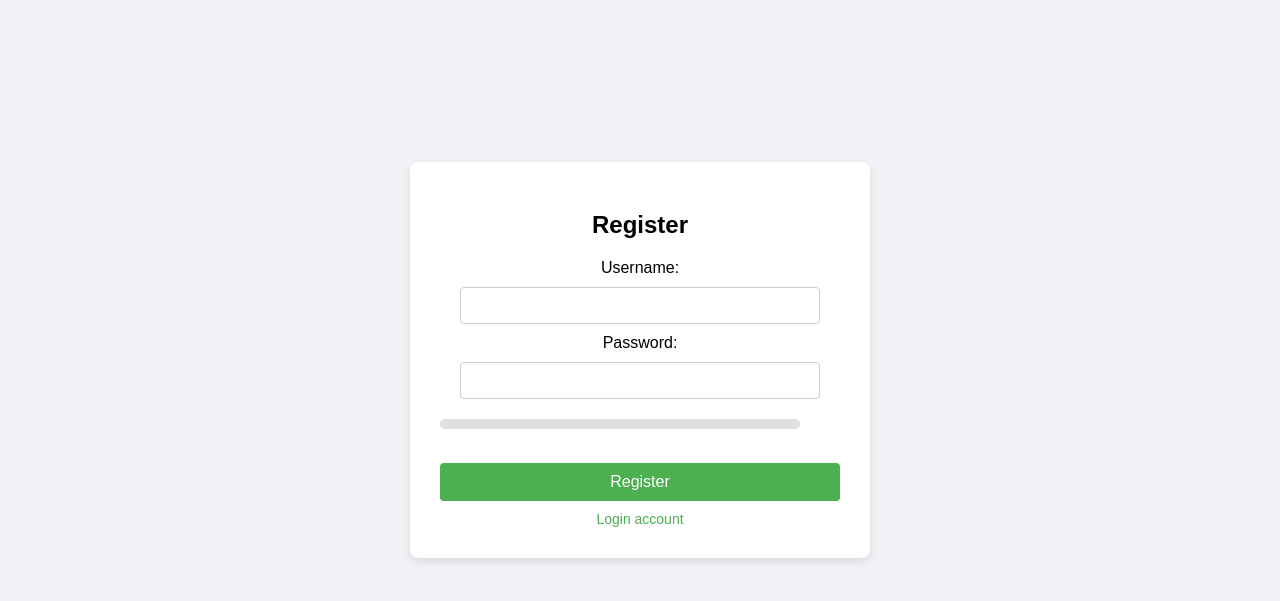
Repository: wolvicjohn/argon2
Page: http://localhost/register.php
An editor plug-in stored every save of this project. The page is shown before and after a run of saves, followed by the edit.
The browser window is 1280 px wide. The pictures show the whole page.
The page is run by PHP 8.4 with error messages shown; the project is at /var/www/html/.

Above is the page before, as saved 2024-10-18 02:07:13.

### register.php
<?php
// Database connection
$host = 'localhost';
$db = 'argon2_auth';
$user = 'root';  // or your DB username
$pass = '';      // or your DB password

$dsn = "mysql:host=$host;dbname=$db;charset=utf8mb4";
$options = [
    PDO::ATTR_ERRMODE => PDO::ERRMODE_EXCEPTION,
    PDO::ATTR_DEFAULT_FETCH_MODE => PDO::FETCH_ASSOC,
];

try {
    $pdo = new PDO($dsn, $user, $pass, $options);
} catch (PDOException $e) {
    die("Database connection failed: " . $e->getMessage());
}

if ($_SERVER['REQUEST_METHOD'] === 'POST') {
    $username = $_POST['username'];
    $password = $_POST['password'];

    // Check if the username is already taken
    $stmt = $pdo->prepare('SELECT id FROM users WHERE username = ?');
    $stmt->execute([$username]);
    if ($stmt->fetch()) {
        die('Username is already taken');
    }

    // Hash the password using Argon2
    $passwordHash = password_hash($password, PASSWORD_ARGON2ID);

    // Insert the new user into the database
    $stmt = $pdo->prepare('INSERT INTO users (username, password_hash) VALUES (?, ?)');
    $stmt->execute([$username, $passwordHash]);

    echo "User registered successfully!";
}
?>

<!DOCTYPE html>
<html lang="en">

<head>
    <meta charset="UTF-8">
    <title>Register</title>
    <link rel="stylesheet" href="styles.css">
</head>

<body>
    <div class="container">
        <h2>Register</h2>
        <form action="register.php" method="POST">
            <label for="username">Username:</label><br>
            <input type="text" name="username" id="username" required><br>

            <label for="password">Password:</label><br>
            <input type="password" name="password" id="password" required><br>

            <div class="password-strength">
                <div class="strength-bar" id="strength-bar"></div>
            </div>
            <p id="strength-text"></p><br>

            <button type="submit">Register</button>
            <a href="login.php" class="button">Login account</a>
        </form>
    </div>

    <script>
        const passwordInput = document.getElementById('password');
        const strengthBar = document.getElementById('strength-bar');
        const strengthText = document.getElementById('strength-text');

        passwordInput.addEventListener('input', () => {
            const strength = calculateStrength(passwordInput.value);
            updateStrengthMeter(strength);
        });

        function calculateStrength(password) {
            let strength = 0;

            if (password.length >= 8) strength++;
            if (/[A-Z]/.test(password)) strength++;
            if (/[a-z]/.test(password)) strength++;
            if (/[0-9]/.test(password)) strength++;
            if (/[^A-Za-z0-9]/.test(password)) strength++;

            return strength;
        }

        function updateStrengthMeter(strength) {
            strengthBar.className = '';

            if (strength <= 1) {
                strengthBar.style.width = '20%';
                strengthBar.classList.add('strength-weak');
                strengthText.textContent = 'Weak';
            } else if (strength <= 3) {
                strengthBar.style.width = '60%';
                strengthBar.classList.add('strength-medium');
                strengthText.textContent = 'Medium';
            } else {
                strengthBar.style.width = '100%';
                strengthBar.classList.add('strength-strong');
                strengthText.textContent = 'Strong';
            }
        }
    </script>
</body>

</html>

### styles.css
body {
    font-family: 'Arial', sans-serif;
    background-color: #f0f2f5;
    margin: 0;
    padding: 0;
    display: flex;
    justify-content: center;
    align-items: center;
    height: 100vh;
}

.container {
    background-color: white;
    padding: 30px;
    border-radius: 8px;
    box-shadow: 0 4px 8px rgba(0, 0, 0, 0.1);
    width: 400px;
    text-align: center;
}

h2 {
    margin-bottom: 20px;
}

input {
    margin: 10px 0;
    padding: 10px;
    width: 90%;
    border: 1px solid #ccc;
    border-radius: 4px;
    box-sizing: border-box;
}

button {
    width: 100%;
    padding: 10px;
    background-color: #4CAF50;
    color: white;
    border: none;
    border-radius: 4px;
    cursor: pointer;
    font-size: 16px;
}

button:hover {
    background-color: #45a049;
}

a.button {
    display: inline-block;
    margin-top: 10px;
    text-decoration: none;
    color: #4CAF50;
    font-size: 14px;
}

a.button:hover {
    text-decoration: underline;
}

/* Password Strength Meter */
.password-strength {
    margin-top: 10px;
    height: 10px;
    width: 90%;
    background-color: #e0e0e0;
    border-radius: 5px;
    overflow: hidden;
}

.strength-bar {
    height: 100%;
    width: 0;
    transition: width 0.3s;
}

.strength-weak {
    background-color: red;
}

.strength-medium {
    background-color: orange;
}

.strength-strong {
    background-color: green;
}

After the next 3 saves:
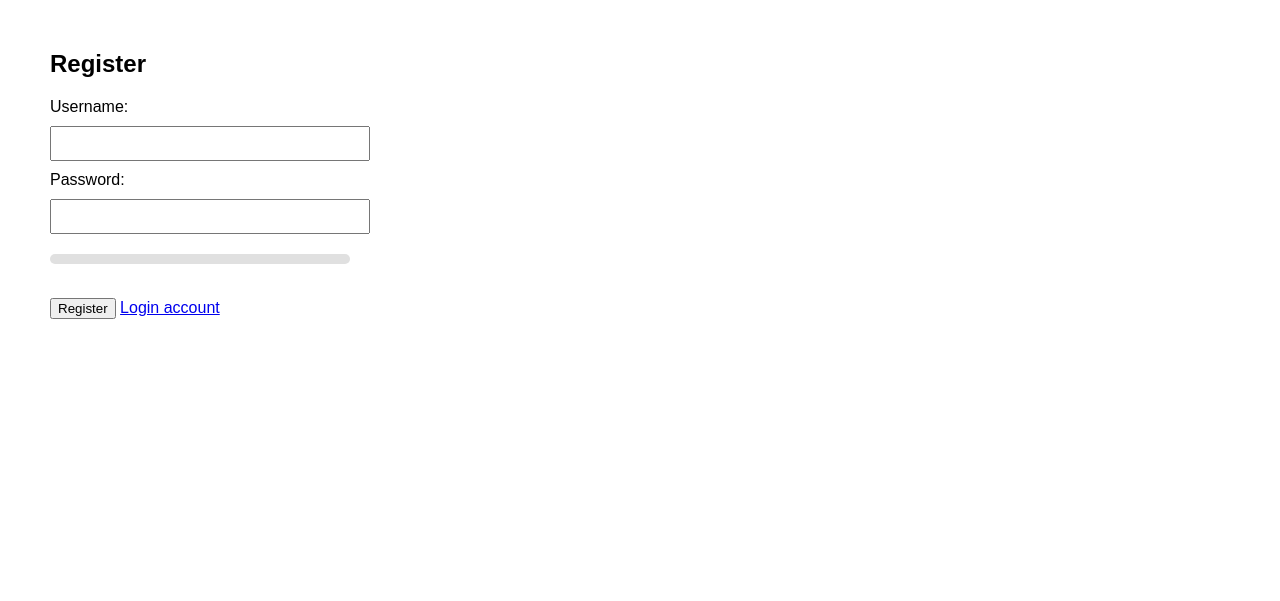
The 3 saves are shown as one change because they came seconds apart.
The last was saved 56 s later.
--- a/register.php
+++ b/register.php
@@ -45,28 +45,60 @@ if ($_SERVER['REQUEST_METHOD'] === 'POST') {
 <head>
     <meta charset="UTF-8">
     <title>Register</title>
-    <link rel="stylesheet" href="styles.css">
+    <style>
+        /* Basic styling */
+        body {
+            font-family: Arial, sans-serif;
+            margin: 50px;
+        }
+        input {
+            margin: 10px 0;
+            padding: 8px;
+            width: 300px;
+        }
+        .password-strength {
+            margin-top: 10px;
+            height: 10px;
+            width: 300px;
+            background-color: #e0e0e0;
+            border-radius: 5px;
+            overflow: hidden;
+        }
+        .strength-bar {
+            height: 100%;
+            width: 0;
+            transition: width 0.3s;
+        }
+        .strength-weak {
+            background-color: red;
+        }
+        .strength-medium {
+            background-color: orange;
+        }
+        .strength-strong {
+            background-color: green;
+        }
+    </style>
 </head>
 
 <body>
-    <div class="container">
-        <h2>Register</h2>
-        <form action="register.php" method="POST">
-            <label for="username">Username:</label><br>
-            <input type="text" name="username" id="username" required><br>
+    <h2>Register</h2>
+    <form action="register.php" method="POST">
+        <label for="username">Username:</label><br>
+        <input type="text" name="username" id="username" required><br>
 
-            <label for="password">Password:</label><br>
-            <input type="password" name="password" id="password" required><br>
+        <label for="password">Password:</label><br>
+        <input type="password" name="password" id="password" required><br>
 
-            <div class="password-strength">
-                <div class="strength-bar" id="strength-bar"></div>
-            </div>
-            <p id="strength-text"></p><br>
+        <!-- Password Strength Meter -->
+        <div class="password-strength">
+            <div class="strength-bar" id="strength-bar"></div>
+        </div>
+        <p id="strength-text"></p><br>
 
-            <button type="submit">Register</button>
-            <a href="login.php" class="button">Login account</a>
-        </form>
-    </div>
+        <button type="submit">Register</button>
+        <a href="login.php" class="button">Login account</a>
+    </form>
 
     <script>
         const passwordInput = document.getElementById('password');
@@ -81,6 +113,7 @@ if ($_SERVER['REQUEST_METHOD'] === 'POST') {
         function calculateStrength(password) {
             let strength = 0;
 
+            // Criteria for password strength
             if (password.length >= 8) strength++;
             if (/[A-Z]/.test(password)) strength++;
             if (/[a-z]/.test(password)) strength++;
@@ -91,7 +124,7 @@ if ($_SERVER['REQUEST_METHOD'] === 'POST') {
         }
 
         function updateStrengthMeter(strength) {
-            strengthBar.className = '';
+            strengthBar.className = '';  // Reset bar style
 
             if (strength <= 1) {
                 strengthBar.style.width = '20%';
